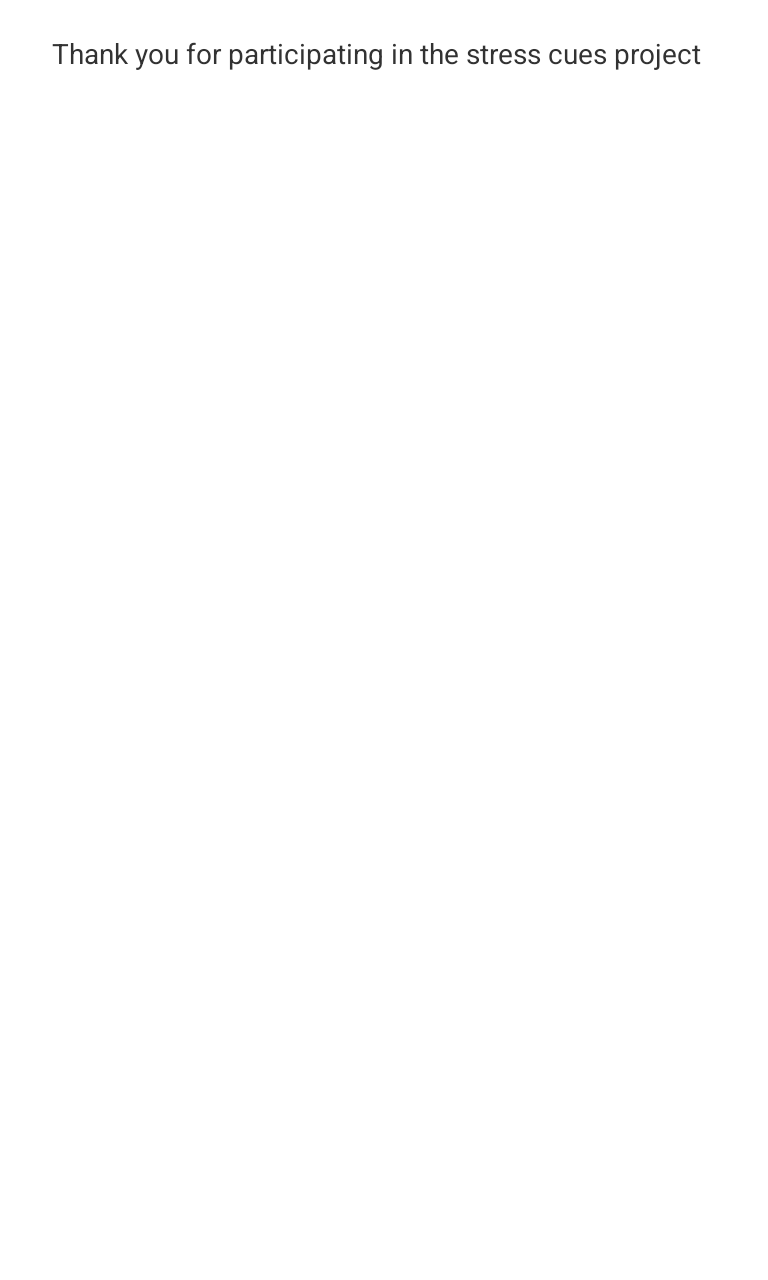
Repository: SkotBotCambo/stress_cues
Layout: workspace/stress_cues/res/layout/activity_main.xml
The author's editor kept a copy of each file at every save. The layout is drawn from the files as they stood at one save, then again after the next save.
It is drawn on a 768 x 1280 px phone screen (xhdpi) without system bars, with theme AppTheme; the app's code is not run.

Above is the layout before, as saved 2013-11-08 20:47:33.

After the next save:
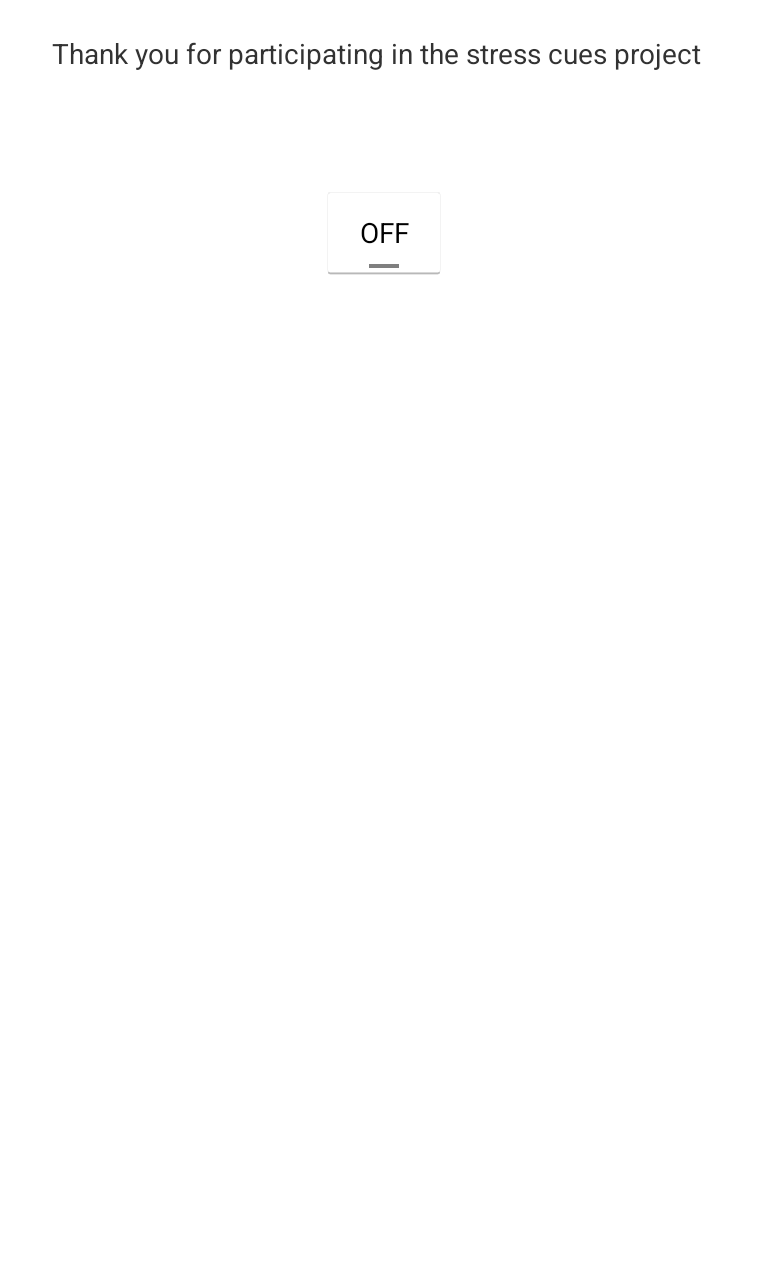
Saved 25 s later.
--- a/workspace/stress_cues/res/layout/activity_main.xml
+++ b/workspace/stress_cues/res/layout/activity_main.xml
@@ -5,6 +5,7 @@
     tools:context=".MainActivity" >
 
     <TextView
+        android:id="@+id/textView1"
         android:layout_width="wrap_content"
         android:layout_height="wrap_content"
         android:layout_alignParentLeft="true"
@@ -13,4 +14,13 @@
         android:layout_marginTop="17dp"
         android:text="@string/thanks" />
 
+    <ToggleButton
+        android:id="@+id/toggleButton1"
+        android:layout_width="wrap_content"
+        android:layout_height="wrap_content"
+        android:layout_below="@+id/textView1"
+        android:layout_centerHorizontal="true"
+        android:layout_marginTop="56dp"
+        android:text="@string/stress_log" />
+
 </RelativeLayout>
